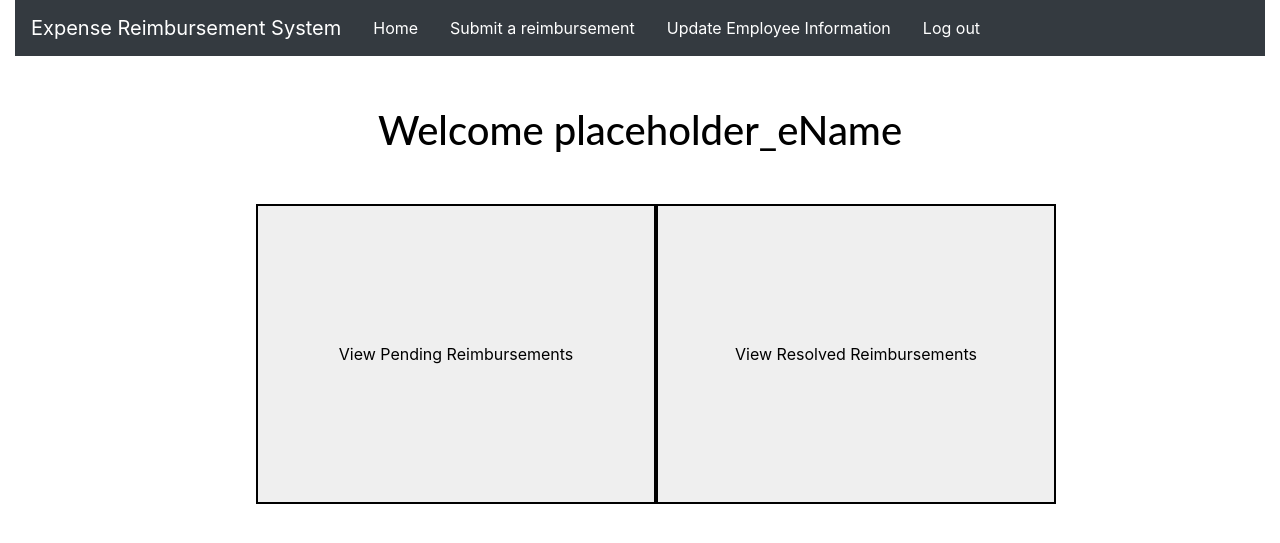
Repository: Trevormulrenin/ers-app
Page: ers-app/src/main/webapp/html/employee_home.html
An editor plug-in stored every save of this project. The page is shown before and after the next save, followed by the edit.
The browser window is 1280 px wide. The pictures show the whole page.

Above is the page before, as saved 2021-03-30 23:10:00.

After the next save:
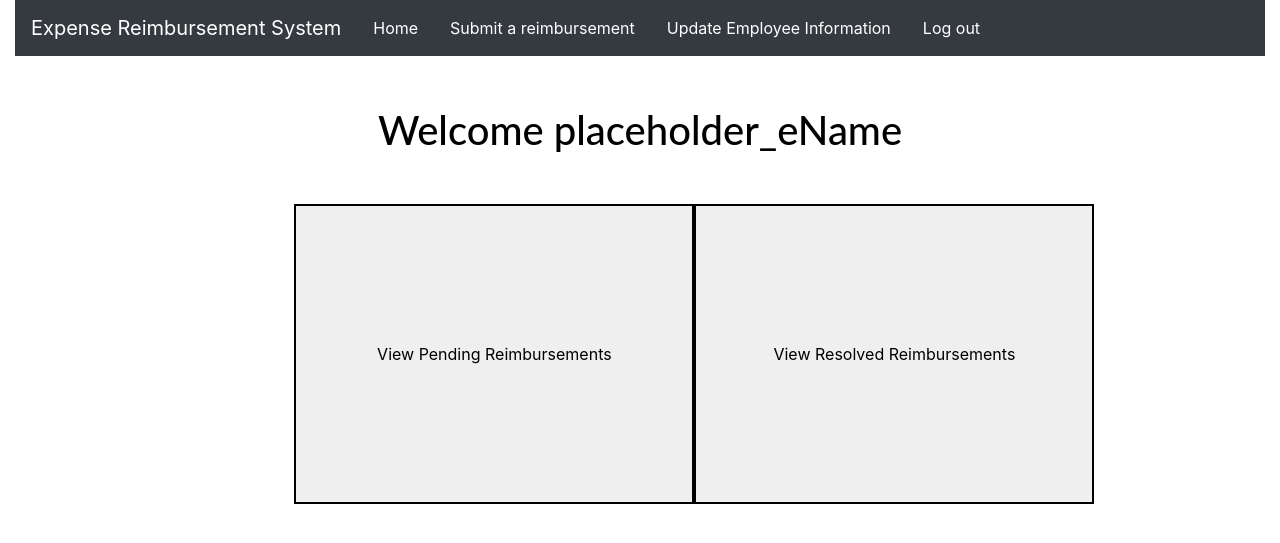
Saved 13 s later.
--- a/ers-app/src/main/webapp/html/employee_home.html
+++ b/ers-app/src/main/webapp/html/employee_home.html
@@ -18,7 +18,7 @@
 	width: 400px;
 	position: relative;
     top:40%;
-    left: 20%;
+    left: 23%;
     display: inline-block;
 }
 
